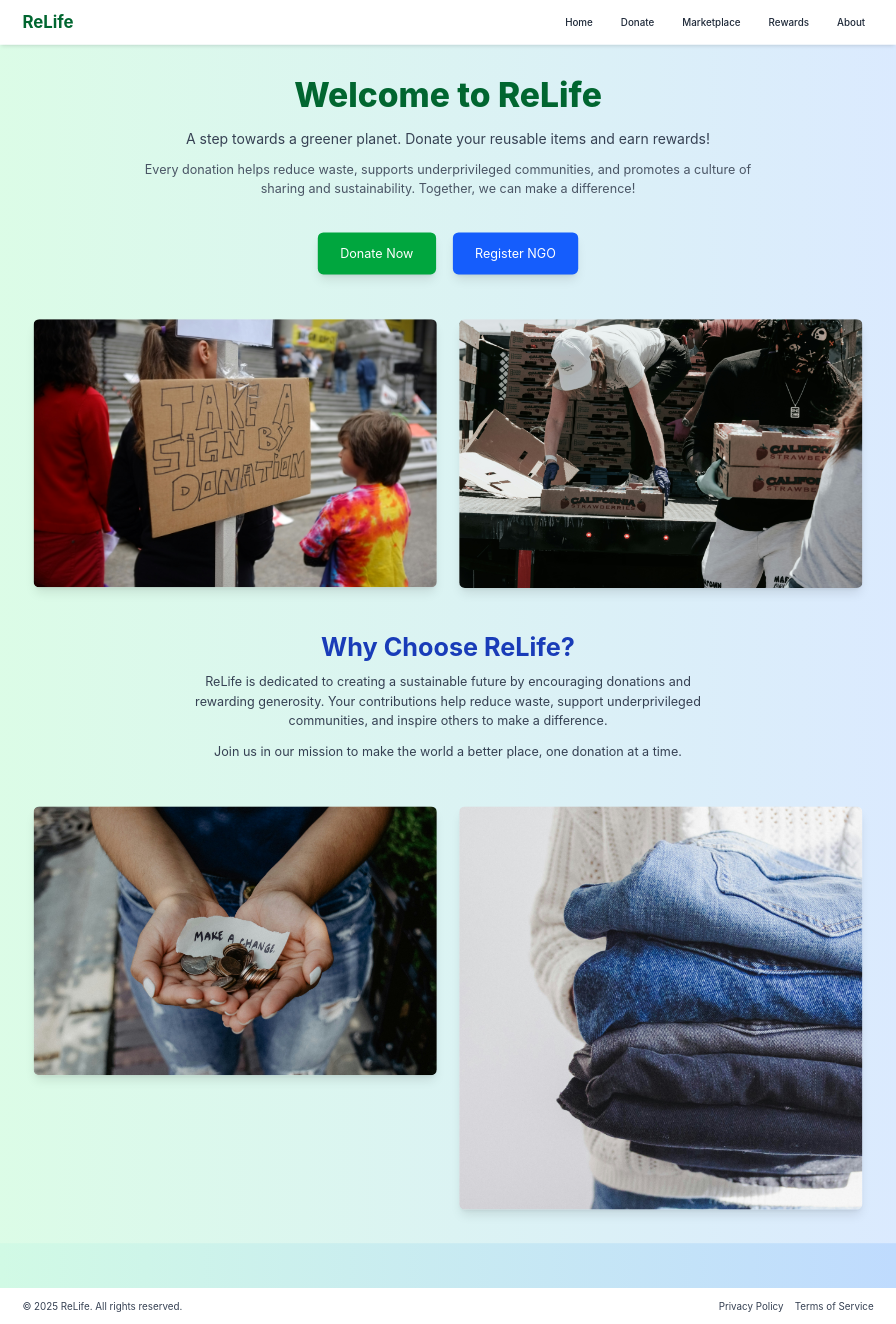
Repository: Harsh-verma24/edonation-drive
Page: / (app in frontend/)
An editor plug-in stored every save of this project. The page is shown before and after the next save, followed by the edit.
The browser window is 1280 px wide. The pictures show the whole page, at 70% of full size.
The project was rebuilt for these pictures with package versions that can differ from the ones it lists, and the page was loaded fresh each time. Also part of the build but not shown: frontend/vite.config.js, frontend/src/utils/axiosInstance.js, frontend/src/pages/Donate.jsx, frontend/src/pages/Rewards.jsx, frontend/src/pages/Marketplace.jsx, frontend/src/pages/About.jsx.

Above is the page before, as saved 2025-10-15 22:36:05.

### frontend/src/main.jsx
import { StrictMode } from 'react'
import { createRoot } from 'react-dom/client'
import './index.css'
import App from './App.jsx'
import { createBrowserRouter, RouterProvider } from 'react-router-dom';
import Navbar from './components/Navbar';
import Home from './pages/Home';
import Donate from './pages/Donate';
import Rewards from './pages/Rewards';
import Marketplace from './pages/Marketplace';
import About from './pages/About';

const router = createBrowserRouter([
  {
    path: '/',
    element: <App />, // Wrap all routes with App to include Navbar and Footer
    children: [
      { path: '/', element: <Home /> },
      { path: '/donate', element: <Donate /> },
      { path: '/rewards', element: <Rewards /> },
      { path: '/marketplace', element: <Marketplace /> },
      { path: '/about', element: <About /> }, // Add route for About page
    ],
  },
]);

createRoot(document.getElementById('root')).render(
  <StrictMode>
    <RouterProvider router={router} />
  </StrictMode>,
)

### frontend/src/index.css
@import "tailwindcss";

@layer base {
  :root {
    --primary-color: #16a34a; /* Green */
    --secondary-color: #2563eb; /* Blue */
    --background-gradient: linear-gradient(to right, #d1fae5, #bfdbfe);
    --text-color: #374151; /* Gray */
  }
}

body {
  background: var(--background-gradient);
  color: var(--text-color);
  font-family: 'Inter', sans-serif;
}

### frontend/src/App.jsx
import React from 'react';
import Navbar from './components/Navbar';
import Footer from './components/Footer';
import { Outlet } from 'react-router-dom';

function App() {
  return (
    <div className="relative min-h-screen">
      <Navbar />
      <main className="pt-16 pb-16">{/* Adjust padding to account for fixed Navbar and Footer */}
        <Outlet />
      </main>
      <Footer />
    </div>
  );
}

export default App;

### frontend/src/components/Navbar.jsx
import React, { useState } from 'react';
import { Menu, X } from 'lucide-react';

const Navbar = () => {
  const [isOpen, setIsOpen] = useState(false);

  const toggleDrawer = () => {
    setIsOpen(!isOpen);
  };

  return (
    <nav className="bg-white bg-opacity-30 backdrop-blur-md shadow-md fixed top-0 left-0 w-full z-50">
      <div className="max-w-7xl mx-auto px-4 sm:px-6 lg:px-8">
        <div className="flex items-center justify-between h-16">
          <div className="flex-shrink-0">
            <a href="/" className="text-2xl font-bold text-green-800">ReLife</a>
          </div>
          <div className="md:hidden">
            <button onClick={toggleDrawer} className="text-gray-800 hover:text-green-600 focus:outline-none">
              {isOpen ? <X size={24} /> : <Menu size={24} />}
            </button>
          </div>
          <div className={`md:flex md:items-center md:space-x-4 ${isOpen ? 'block' : 'hidden'} absolute md:static top-16 left-0 w-full md:w-auto bg-white md:bg-transparent shadow-md md:shadow-none`}>
            <a href="/" className="block text-gray-800 hover:text-green-600 px-3 py-2 rounded-md text-sm font-medium">Home</a>
            <a href="/donate" className="block text-gray-800 hover:text-green-600 px-3 py-2 rounded-md text-sm font-medium">Donate</a>
            <a href="/marketplace" className="block text-gray-800 hover:text-green-600 px-3 py-2 rounded-md text-sm font-medium">Marketplace</a>
            <a href="/rewards" className="block text-gray-800 hover:text-green-600 px-3 py-2 rounded-md text-sm font-medium">Rewards</a>
            <a href="/about" className="block text-gray-800 hover:text-green-600 px-3 py-2 rounded-md text-sm font-medium">About</a>
          </div>
        </div>
      </div>
    </nav>
  );
};

export default Navbar;

### frontend/src/pages/Home.jsx
import React from 'react';

const Home = () => {
  return (
    <div className="p-12 bg-gradient-to-r from-green-100 to-blue-100 min-h-screen">
      <div className="text-center max-w-4xl mx-auto">
        <h1 className="text-5xl font-extrabold text-green-800">Welcome to ReLife</h1>
        <p className="mt-6 text-gray-700 text-xl">A step towards a greener planet. Donate your reusable items and earn rewards!</p>
        <p className="mt-4 text-gray-600 text-lg">Every donation helps reduce waste, supports underprivileged communities, and promotes a culture of sharing and sustainability. Together, we can make a difference!</p>
        <div className="mt-12 flex justify-center space-x-6">
          <a
            href="/donate"
            className="bg-green-600 text-white px-8 py-4 rounded-lg shadow-lg hover:bg-green-700 text-lg"
          >
            Donate Now
          </a>
          <a
            href="/register-ngo"
            className="bg-blue-600 text-white px-8 py-4 rounded-lg shadow-lg hover:bg-blue-700 text-lg"
          >
            Register NGO
          </a>
        </div>
      </div>
      <div className="mt-16 grid grid-cols-1 md:grid-cols-2 gap-8">
        <img
          src="/Hero-1.jpg"
          alt="Hero Image 1"
          className="rounded-lg shadow-lg"
        />
        <img
          src="/Hero-2.jpg"
          alt="Hero Image 2"
          className="rounded-lg shadow-lg"
        />
      </div>
      <div className="mt-16 text-center max-w-3xl mx-auto">
        <h2 className="text-4xl font-bold text-blue-800">Why Choose ReLife?</h2>
        <p className="mt-4 text-gray-700 text-lg">ReLife is dedicated to creating a sustainable future by encouraging donations and rewarding generosity. Your contributions help reduce waste, support underprivileged communities, and inspire others to make a difference.</p>
        <p className="mt-4 text-gray-700 text-lg">Join us in our mission to make the world a better place, one donation at a time.</p>
      </div>
      <div className="mt-16 grid grid-cols-1 md:grid-cols-2 gap-8">
        <img
          src="/katt-yukawa-K0E6E0a0R3A-unsplash.jpg"
          alt="Make a Change"
          className="rounded-lg shadow-lg"
        />
        <img
          src="/maude-frederique-lavoie-EDSTj4kCUcw-unsplash.jpg"
          alt="Blue and White Textile"
          className="rounded-lg shadow-lg"
        />
      </div>
    </div>
  );
};

export default Home;

### frontend/src/components/Footer.jsx
import React from 'react';

const Footer = () => {
  return (
    <footer className="bg-white bg-opacity-30 backdrop-blur-md shadow-md relative bottom-0 left-0 w-full">
      <div className="max-w-7xl mx-auto px-4 sm:px-6 lg:px-8 py-4">
        <div className="flex justify-between items-center">
          <p className="text-gray-700 text-sm">&copy; 2025 ReLife. All rights reserved.</p>
          <div className="flex space-x-4">
            <a href="#" className="text-gray-700 hover:text-green-600 text-sm">Privacy Policy</a>
            <a href="#" className="text-gray-700 hover:text-green-600 text-sm">Terms of Service</a>
          </div>
        </div>
      </div>
    </footer>
  );
};

export default Footer;

Loaded but not shown: frontend/index.html (common file)

After the next save:
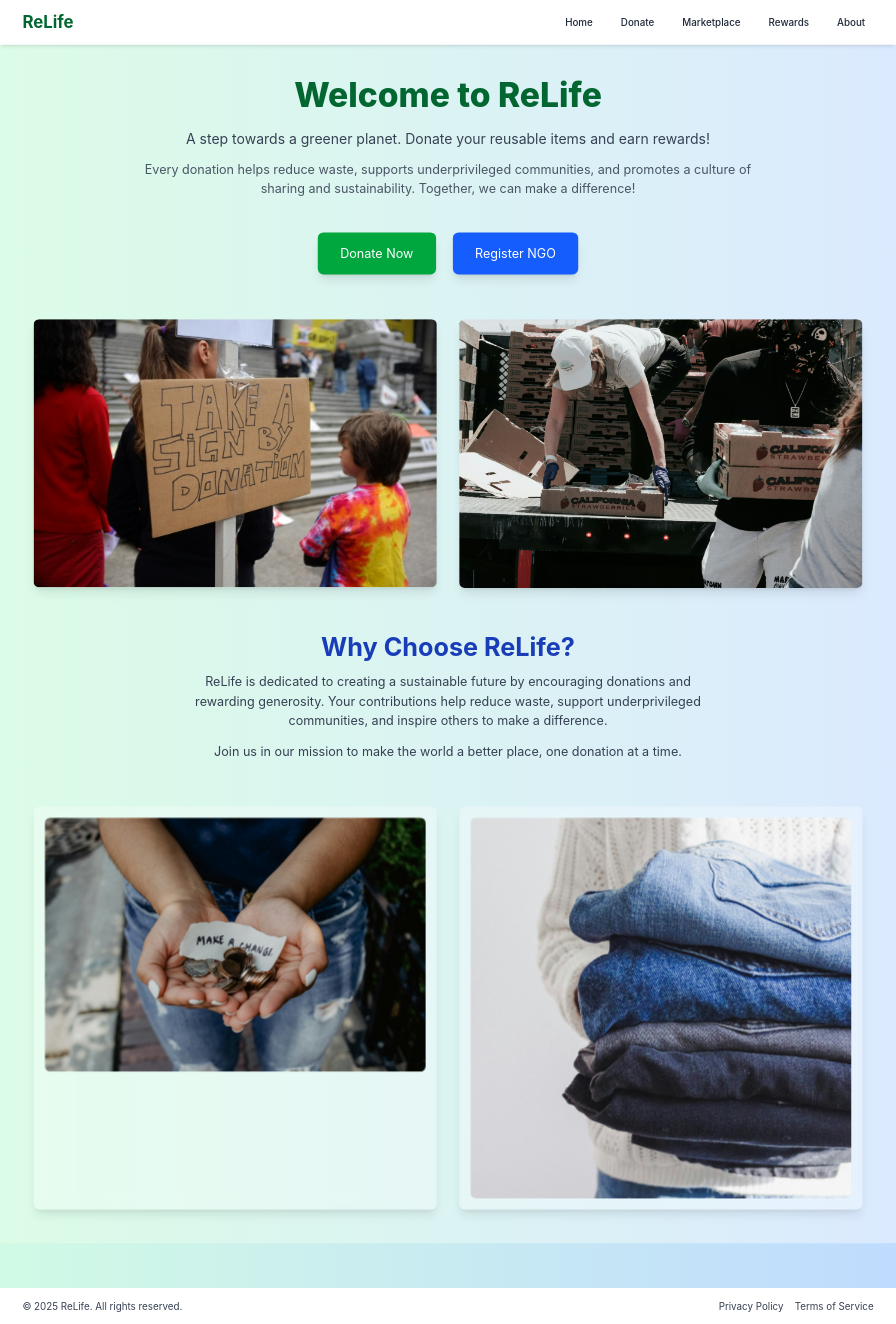
Saved 42 s later.
--- a/frontend/src/pages/Home.jsx
+++ b/frontend/src/pages/Home.jsx
@@ -40,16 +40,20 @@ const Home = () => {
         <p className="mt-4 text-gray-700 text-lg">Join us in our mission to make the world a better place, one donation at a time.</p>
       </div>
       <div className="mt-16 grid grid-cols-1 md:grid-cols-2 gap-8">
-        <img
-          src="/katt-yukawa-K0E6E0a0R3A-unsplash.jpg"
-          alt="Make a Change"
-          className="rounded-lg shadow-lg"
-        />
-        <img
-          src="/maude-frederique-lavoie-EDSTj4kCUcw-unsplash.jpg"
-          alt="Blue and White Textile"
-          className="rounded-lg shadow-lg"
-        />
+        <div className="relative rounded-lg shadow-lg bg-white/30 backdrop-blur-md p-4">
+          <img
+            src="/katt-yukawa-K0E6E0a0R3A-unsplash.jpg"
+            alt="Make a Change"
+            className="rounded-lg"
+          />
+        </div>
+        <div className="relative rounded-lg shadow-lg bg-white/30 backdrop-blur-md p-4">
+          <img
+            src="/maude-frederique-lavoie-EDSTj4kCUcw-unsplash.jpg"
+            alt="Blue and White Textile"
+            className="rounded-lg"
+          />
+        </div>
       </div>
     </div>
   );
